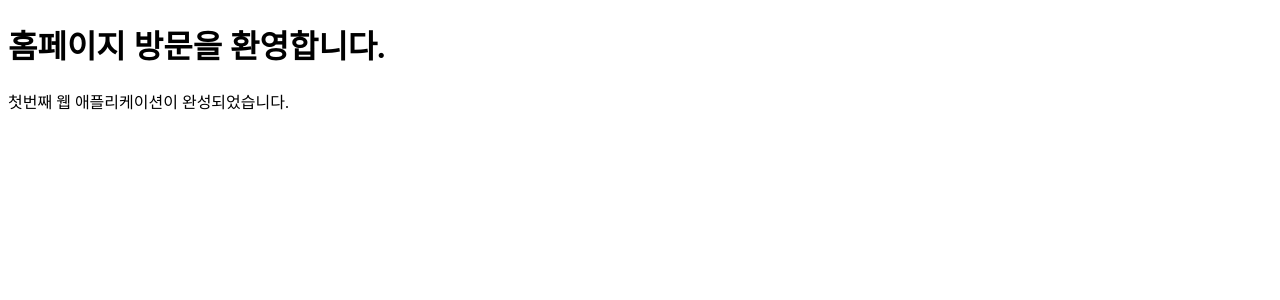
Repository: benpark0613/basic
Page: http://localhost/sample/home.jsp
These files come from the project's save history. The page is drawn as it stood at one moment and after the next save; the edit follows.
The browser window is 1280 px wide. The pictures show the whole page.
The page is served by Tomcat 9. Other server files are loaded and not shown.

Above is the page before, as saved 2021-11-08 08:48:43.

### HR_app/sample/src/main/webapp/home.jsp
<%@ page language="java" contentType="text/html; charset=UTF-8"
    pageEncoding="UTF-8"%>
<!DOCTYPE html>
<html>
<head>
<meta charset="UTF-8">
<title>Insert title here</title>
</head>
<body>
	<h1>홈페이지 방문을 환영합니다.</h1>
	<p>첫번째 웹 애플리케이션이 완성되었습니다.</p>
</body>
</html>

After the next save:
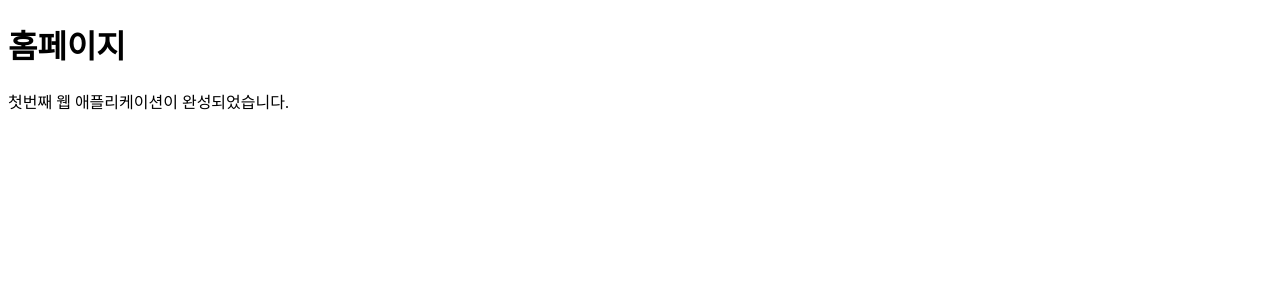
Saved 15 h 28 min later.
--- a/HR_app/sample/src/main/webapp/home.jsp
+++ b/HR_app/sample/src/main/webapp/home.jsp
@@ -4,10 +4,10 @@
 <html>
 <head>
 <meta charset="UTF-8">
-<title>Insert title here</title>
+<title>홈</title>
 </head>
 <body>
-	<h1>홈페이지 방문을 환영합니다.</h1>
+	<h1>홈페이지</h1>
 	<p>첫번째 웹 애플리케이션이 완성되었습니다.</p>
 </body>
 </html>
